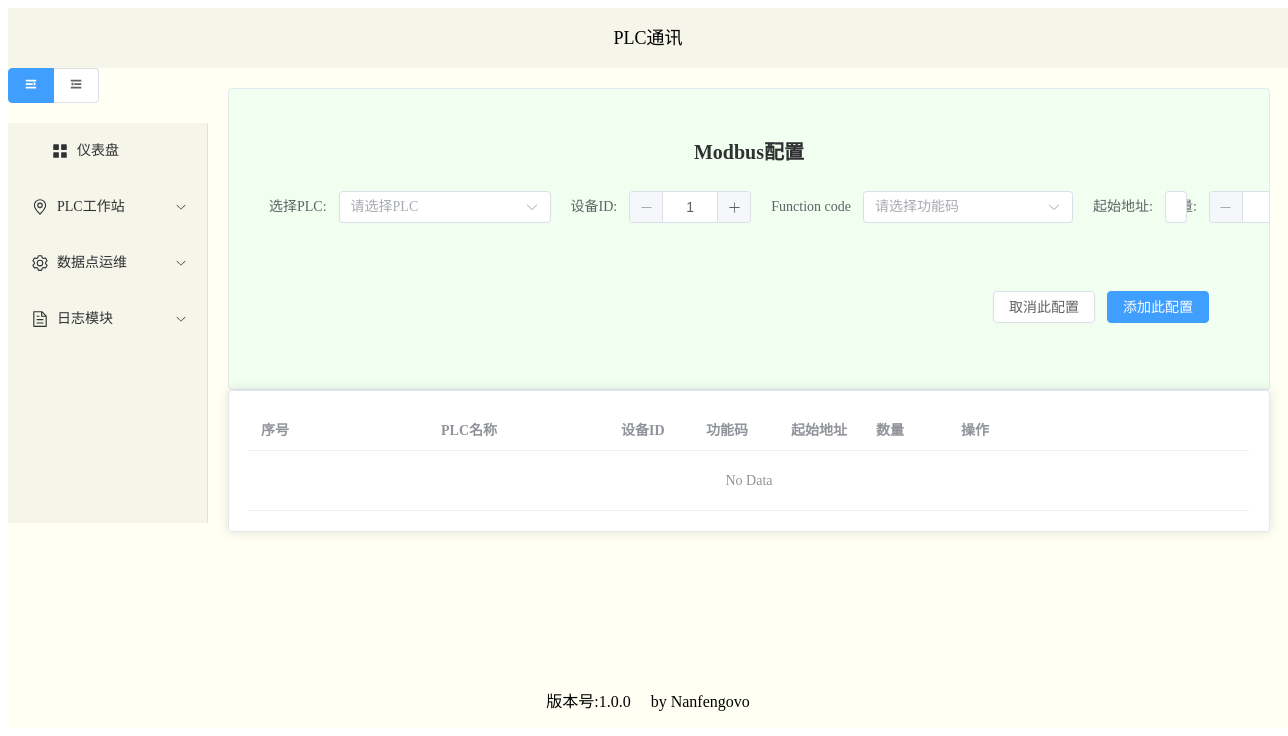
Repository: nanfengovo/HelperWorkStation
Page: /#/frameWork/DataPointOperations/Modbus (app in HelperWorkStation/plchelper-ui/)
An editor plug-in stored every save of this project. The page is shown before and after the next save, followed by the edit.
The browser window is 1280 px wide. The page is 1288 px wide, so the pictures cover 1288 px, including what lies to the right of the window. The pictures show the whole page.
The page's requests for data from a server got no answer. The project was rebuilt for these pictures with package versions that can differ from the ones it lists, and the page was loaded fresh each time. No one was signed in, and anything a server would have sent is missing. Also part of the build but not shown: HelperWorkStation/plchelper-ui/vite.config.ts, HelperWorkStation/plchelper-ui/src/views/Login/index.vue.

Above is the page before, as saved 2025-01-30 18:32:02.

### HelperWorkStation/plchelper-ui/index.html
<!DOCTYPE html>
<html lang="">
  <head>
    <meta charset="UTF-8">
    <link rel="icon" href="/icon-park-outline--cpu.png">
    <meta name="viewport" content="width=device-width, initial-scale=1.0">
    <title>PLCHelper Station</title>
  </head>
  <body>
    <div id="app"></div>
    <script type="module" src="/src/main.ts"></script>
  </body>
</html>

<style>
  #app{
    /* display: flex;
    justify-content: center;
    align-items: center; */
    height: 100vh;
    width: 100vw;
  }
</style>

### HelperWorkStation/plchelper-ui/src/main.ts
// import './assets/main.css'

import { createApp } from 'vue'
import ElementPlus from 'element-plus'
import 'element-plus/dist/index.css'
import { createPinia } from 'pinia'

import App from './App.vue'
import * as ElementPlusIconsVue from '@element-plus/icons-vue'
import router from './router'

const app = createApp(App)
app.use(router)
for (const [key, component] of Object.entries(ElementPlusIconsVue)) {
    app.component(key, component)
    }
app.use(ElementPlus)
app.use(createPinia())


app.mount('#app')

### HelperWorkStation/plchelper-ui/src/App.vue
<script setup lang="ts">
import {  RouterView } from 'vue-router'
import FrameWork from './views/FrameWork/index.vue'
import Login from './views/Login/index.vue'
</script>

<template>
  <div class="app">
    <RouterView />
  </div>

  <!-- <RouterView /> -->
</template>

<style scoped>
	html,body,#app{
      height: 100%;
      width: 100%;
	}
  .app{
    height: 100%;
    width: 100%;
  }
</style>

### HelperWorkStation/plchelper-ui/src/router/index.ts
import { createMemoryHistory, createRouter, createWebHashHistory, type RouteRecordRaw } from 'vue-router'
import frameWork from '../views/FrameWork/index.vue';
import Login from '../views/Login/index.vue';
import panel from '../views/FrameWork/layout/panel/index.vue';

// const routes: RouteRecordRaw[] = [];
const routes: Array<RouteRecordRaw> = [
    {
        path: '/',
        redirect: '/login'
    },
    {
        path: '/login',
        name: 'login',
        component: Login
    },
    {
        path: '/frameWork',
        name: '主页',
        component: frameWork,
        children: [
            {
                path: '/framework/panel',
                name: '仪表板',
                component: () => import('../views/FrameWork/layout/panel/index.vue'),
            },
            {
                path: '/frameWork/PLCWorkstation/Modbus',
                name: 'PLC工作站-Modbus',
                component: () => import('../views/FrameWork/layout/PLCWorkstation/Modbus/index.vue'),
            },
            {
                path: '/frameWork/PLCWorkstation/PLC',
                name: 'PLC工作站-PLC配置',
                component: () => import('../views/FrameWork/layout/PLCWorkstation/PLC/index.vue'),
            },
            {
                path: '/frameWork/PLCWorkstation/S7',
                name: 'PLC工作站-S7',
                component: () => import('../views/FrameWork/layout/PLCWorkstation/S7/index.vue'),
            },
            {
                path: '/frameWork/PLCWorkstation/OPC',
                name: 'PLC工作站-OPC',
                component: () => import('../views/FrameWork/layout/PLCWorkstation/OPC/index.vue'),
            },
            {
                path: '/frameWork/PLCWorkstation/FinsTCP',
                name: 'PLC工作站-FinsTCP',
                component: () => import('../views/FrameWork/layout/PLCWorkstation/FinsTCP/index.vue'),
            },
            {
                path: '/frameWork/DataPointOperations/Modbus',
                name: '数据点运维-Modbus',
                component: () => import('../views/FrameWork/layout/DataPointOperations/Modbus/index.vue'),
            },
            {
                path: '/frameWork/DataPointOperations/S7',
                name: '数据点运维-S7',
                component: () => import('../views/FrameWork/layout/DataPointOperations/S7/index.vue'),
            },
            {
                path: '/frameWork/DataPointOperations/Opc',
                name: '数据点运维-Opc',
                component: () => import('../views/FrameWork/layout/DataPointOperations/OPC/index.vue'),
            },
            {
                path: '/frameWork/DataPointOperations/FinsTCP',
                name: '数据点运维-FinsTCP',
                component: () => import('../views/FrameWork/layout/DataPointOperations/FinsTCP/index.vue'),
            },
            {
                path: '/frameWork/Log/Operation',
                name: '用户操作日志',
                component: () => import('../views/FrameWork/layout/Log/Operation/index.vue'),
            },
            {
                path: '/frameWork/Log/ReadWrite',
                name: '数据点读写日志',
                component: () => import('../views/FrameWork/layout/Log/ReadWrite/index.vue'),
            },

        ],


    },
];

const router = createRouter({
    history: createWebHashHistory(),
    routes,
});

export default router;

### HelperWorkStation/plchelper-ui/src/views/FrameWork/index.vue
<template>
    <div class="common-layout">
        <el-container>
            <div class="layout-header">
                <el-header>
                    PLC通讯
                </el-header>
            </div>
            <el-container>
                <el-aside width="200px" height="100vh" >
                    <el-radio-group v-model="isCollapse" style="margin-bottom: 20px">
                        <el-radio-button :value="false"><el-icon><Expand /></el-icon></el-radio-button>
                        <el-radio-button :value="true"><el-icon><Fold /></el-icon></el-radio-button>
                    </el-radio-group>
                    <el-menu
                        background-color="#f5f5e9"
                        default-active="1"
                        class="el-menu-vertical-demo"
                        :collapse="isCollapse"
                        @open="handleOpen"
                        @close="handleClose"
                        router
                    >
                        <el-menu-item index="/frameWork/panel">
                            <el-menu-item >
                                <el-icon><icon-menu /></el-icon>
                                <template #title>仪表盘</template>
                            </el-menu-item>
                        </el-menu-item>
                        <el-sub-menu index="2">
                        <template #title>
                            <el-icon><location /></el-icon>
                            <span>PLC工作站</span>
                        </template>
                        <el-menu-item-group >
                            <el-menu-item index="/frameWork/PLCWorkstation/PLC">PLC配置</el-menu-item>
                            <el-menu-item index="/frameWork/PLCWorkstation/Modbus">Modbus模块</el-menu-item>
                            <el-menu-item index="/frameWork/PLCWorkstation/S7">S7模块</el-menu-item>
                            <el-menu-item index="/frameWork/PLCWorkstation/OPC">OPC模块</el-menu-item>
                            <el-menu-item index="/frameWork/PLCWorkstation/FinsTCP">FinsTCP模块</el-menu-item>
                        </el-menu-item-group>
                        </el-sub-menu>
                        <el-sub-menu index="3">
                        <template #title>
                            <el-icon><Setting /></el-icon>
                            <span>数据点运维</span>
                        </template>
                        <el-menu-item-group >
                            <el-menu-item index="/frameWork/DataPointOperations/Modbus">Modbus数据点配置</el-menu-item>
                            <el-menu-item index="/frameWork/DataPointOperations/S7">S7数据点配置</el-menu-item>
                            <el-menu-item index="/frameWork/DataPointOperations/Opc">OPC数据点配置</el-menu-item>
                            <el-menu-item index="/frameWork/DataPointOperations/FinsTCP">FinsTCP数据点模块</el-menu-item>
                        </el-menu-item-group>
                        </el-sub-menu>
                        <el-sub-menu index="4">
                        <template #title>
                            <el-icon><Document /></el-icon>
                            <span>日志模块</span>
                        </template>
                        <el-menu-item-group >
                            <el-menu-item index="/frameWork/Log/Operation">操作日志</el-menu-item>
                            <el-menu-item index="/frameWork/Log/ReadWrite">读写日志</el-menu-item>
                        </el-menu-item-group>
                        </el-sub-menu>
                    </el-menu>
                </el-aside>
                    <el-container>
                        <el-main>
                            <!-- <div class="main-header"> -->
                            <!-- <div class="main-header-breadcrumb"> -->
                                <!-- 面包屑 -->
                                <!-- <el-breadcrumb :separator-icon="ArrowRight"
                                                style="cursor: pointer; margin: 10px 0; display:inline-block;margin-left: 10px; ">
                                                <el-breadcrumb-item  >面包屑导航</el-breadcrumb-item>
                                </el-breadcrumb>
                            </div> -->
                            <!-- <div class="main-header-tab">
                                <el-tab>
                                    <el-tabs
                                    v-model="tablist"
                                    type="card"
                                    editable
                                    class="demo-tabs"
                                    @tab-click="pushTo"
                                >
                                    <el-tab-pane
                                    v-for="item in tablist"
                                    :key="item.name"
                                    :label="item.name"
                                    :name="item.name"
                                    >
                                    {{ item.path }}
                                    </el-tab-pane>
                                </el-tabs>
                                </el-tab>
                            </div> -->
                        <!-- </div> -->
                            <RouterView/>
                        </el-main>
                    </el-container>
            </el-container>
                <el-footer class="fixed-footer" >
                    <span>版本号:{{SoftVersion}}</span>&nbsp;&nbsp;&nbsp;&nbsp;
                    <span>by {{ SoftAuthor }}</span>
                </el-footer>
        </el-container>
    </div>
</template>

<script lang="ts" setup>
import { ref } from 'vue'
import { useRouter } from 'vue-router';
import routes from '../../router/index';
import {
    Document,
    Menu as IconMenu,
    Location,
    Setting,
    ArrowRight,
} from '@element-plus/icons-vue'
import type { TabPaneName } from 'element-plus'



const SoftVersion = ref('1.0.0')
const SoftAuthor = ref('Nanfengovo')


import { useRoute } from 'vue-router'
import router from '../../router/index';
const route = useRoute()
const pathList = ref()

console.log('route', route)// 获取当前路由
console.log('route.matched', route.matched)// 获取当前路由匹配到的路由记录
console.log('route.matched[0].children', route.matched[0].children)// 获取当前路由匹配到的路由记录

const tablist = ref(route.matched[0].children)
const isCollapse = ref(false)

let tabIndex = 1;

// const pushTo = (tab: TabPaneName) => {
//     router.push(tab)
// }


</script>

<style>
.el-menu-vertical-demo:not(.el-menu--collapse) {
    width: 200px;
    min-height: 400px;
}
.layout-header {
    background-color: #f5f5e9;
    color: black;
    text-align: center;
    line-height: 60px;
    font-size: 18px;
}

.common-layout{
    display: flex;
    flex-direction: column;
    min-height: 100vh;
    background-color: #fffff3;
}
.fixed-footer {
    background-color: #fffff3; /* 根据需要设置背景颜色 */
    padding: 10px; /* 根据需要设置内边距 */
    text-align: center; /* 根据需要设置文本对齐方式 */
    margin-bottom: 20px;
    height: 30px;
    font-size: 16px;
}
.main-header{
    border: red 1px solid;
    width: 100%;
    height: 30px;
}
/* .main-header-breadcrumb{
    border: green 1px solid;
    margin: 10px;
    width: 100%;
    height: 30px;
} */
.main-header-tab
{
    border: blue 1px solid;
    width: 100%;
    height: 30px;
}
.demo-tabs {
    border: 1px solid orangered;
    width: 60px;
    height: 30px;
    border-radius: 4px;
}
.demo-tabs>.el-tab-pane {
    border-bottom: 1px solid #ebeef5;
}
</style>

### HelperWorkStation/plchelper-ui/src/views/FrameWork/layout/DataPointOperations/Modbus/index.vue
<template>
    <div class="modbus">
        <el-card class="modbus-card" shadow="hover">
            <div class="modbus-header">
                <div class="card-top-top">
                        <h4>Modbus配置</h4>
                </div>
                <el-form :model="modbusConfig" class="modbusConfig-form">
                    <div class="content">
                        <el-form-item label = "选择PLC:">
                            <el-select
                            v-model="selectedPLC"
                            placeholder="请选择PLC"
                            style="width: 240px"
                            :loading="isLoading"
                            >
                            <!-- 加载中显示提示 -->
                            <el-option v-if="isLoading" disabled label="加载中..." value="" />

                            <!-- 数据加载完成后的选项 -->
                            <el-option
                                v-for="item in PLCList"
                                :key="item.value"
                                :label="item.label"
                                :value="item.value"
                            />
                            </el-select>
                        </el-form-item>
                        <el-form-item label = "设备ID:">
                            <el-input-number v-model="salveId" :min="1"   />
                        </el-form-item>
                        <el-form-item label="Function code" class="function-code" >
                                <el-select
                                    v-model="functionCodes"
                                    style="width: 240px;"
                                    placeholder="请选择功能码"
                                    clearable
                                >
                                    <el-option label="01 Read Coils（0x）" value="01 Read Coils（0x）" />
                                    <el-option value="02 Read Discrete Inputs (1x)" />
                                    <el-option value="03 Read Holding Registers (4x)" />
                                    <el-option value="04 Read Input Registers (3x)" />
                                    <el-option value="05 Write Single Coil" />
                                    <el-option value="06 Write Single Register" />
                                    <el-option value="15 Write Multiple Coils" />
                                    <el-option value="16 WriteMultipleRegisters" />
                                </el-select>
                        </el-form-item>
                        <el-form-item label="起始地址:" >
                            <el-input v-model="address" placeholder="请输入地址" />
                        </el-form-item>
                        <el-form-item label = "数量:">
                            <el-input-number v-model="num" :min="1" :max="32"  />
                        </el-form-item>
                    </div>

                    <div class="btn-group">
                        <el-button @click="cancel">取消此配置</el-button>
                        <el-button type="primary">添加此配置</el-button>
                    </div>
                </el-form>
            </div>
        </el-card>


        <el-card style="width: 100%" shadow="always" >
            <el-table :data="ModbusData" stripe style="width: 100%" >
                <el-table-column prop="id" label="序号" width="180" />
                <el-table-column prop="name" label="PLC名称" width="180" />
                <el-table-column prop="salveId" label="设备ID" />
                <el-table-column prop="functionCodes" label="功能码" />
                <el-table-column prop="address" label="起始地址" />
                <el-table-column prop="quantity" label="数量" />
                <el-table-column label="操作" width="300">
                    <template #default="scope">
                        <el-button type="primary" @click="Edit(scope.$index, scope.row)">修改</el-button>
                        <el-button type="danger" plain @click="Delete(scope.$index, scope.row)">删除</el-button>
                    </template>
                </el-table-column>
            </el-table>
        </el-card>
    </div>
</template>
<script setup lang = "ts">
import axios from 'axios';
import { onMounted, reactive, ref } from 'vue';

// const modbusConfig = reactive({
//     functionCodes: '',
//     address: ''
// });


const num = ref(1);
const salveId = ref(1);
const functionCodes = ref('');
const address = ref('');
const quantity = ref('');
const selectedPLC = ref(''); // 用于存储用户选择的值
const PLCList = ref([]);       // 存储格式化后的选项
const isLoading = ref(true);   // 加载状态



const GetAllPLCConfig = async () => {
    try{
        const response = await axios.get("http://127.0.0.1:5264/api/ModbusConfig/GetPLCConfig");

    // 将字符串数组转换为 { label: string, value: string } 格式
    PLCList.value = response.data.map((item: any) => ({
      label: item,   // 显示名称
      value: item    // 绑定值（与 label 相同）
    }));

    isLoading.value = false;
    }

    catch (error) {
    console.error('获取PLC列表失败:', error);
    isLoading.value = false;
    }
    // console.log(response.data);
    // PLCList = response.data;
    // console.log(PLCList);
}
//加载下拉框数据
onMounted(() => {
    GetAllPLCConfig();
});

//取消配置
const cancel = () => {
    functionCodes.value = '';
    salveId.value = 1;
    address.value = '';
    quantity.value = '';
    selectedPLC.value = '';
    num.value = 1;
}
</script>

<style >
.content{
    display: flex;
    margin: 20px;
}
.modbusConfig-form .el-form-item{
    margin-right: 20px;
}
.btn-group{
    display: flex;
    justify-content: right;
    margin-right: 40px;
    margin-top: 50px;
}
.function-code>.el-select{
    width: 240px;
}
.modbus-card{
    width: 100%;
    height: 300px;
    background-color: #F0FFF0;
}
.card-top-top h4{
    font-size: 20px;
    font-weight: bold;
    text-align: center;
}
.content-plc{
    margin-left: 40px;
}
.demo-form-inline .el-select {
    --el-select-width: 220px;
}</style>

After the next save:
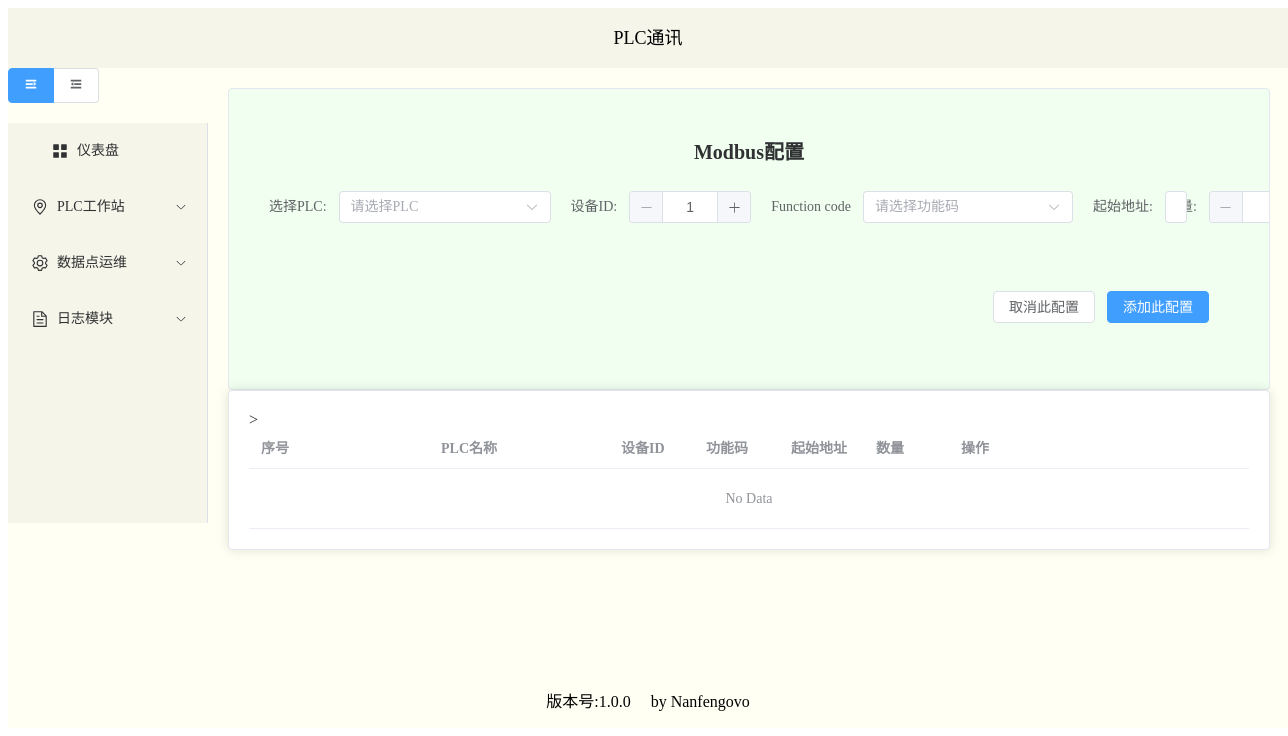
Saved 19 s later.
--- a/HelperWorkStation/plchelper-ui/src/views/FrameWork/layout/DataPointOperations/Modbus/index.vue
+++ b/HelperWorkStation/plchelper-ui/src/views/FrameWork/layout/DataPointOperations/Modbus/index.vue
@@ -63,7 +63,7 @@
         </el-card>
 
 
-        <el-card style="width: 100%" shadow="always" >
+        <el-card style="width: 100%" shadow="always" margin-top="20px"> >
             <el-table :data="ModbusData" stripe style="width: 100%" >
                 <el-table-column prop="id" label="序号" width="180" />
                 <el-table-column prop="name" label="PLC名称" width="180" />

After the save that followed:
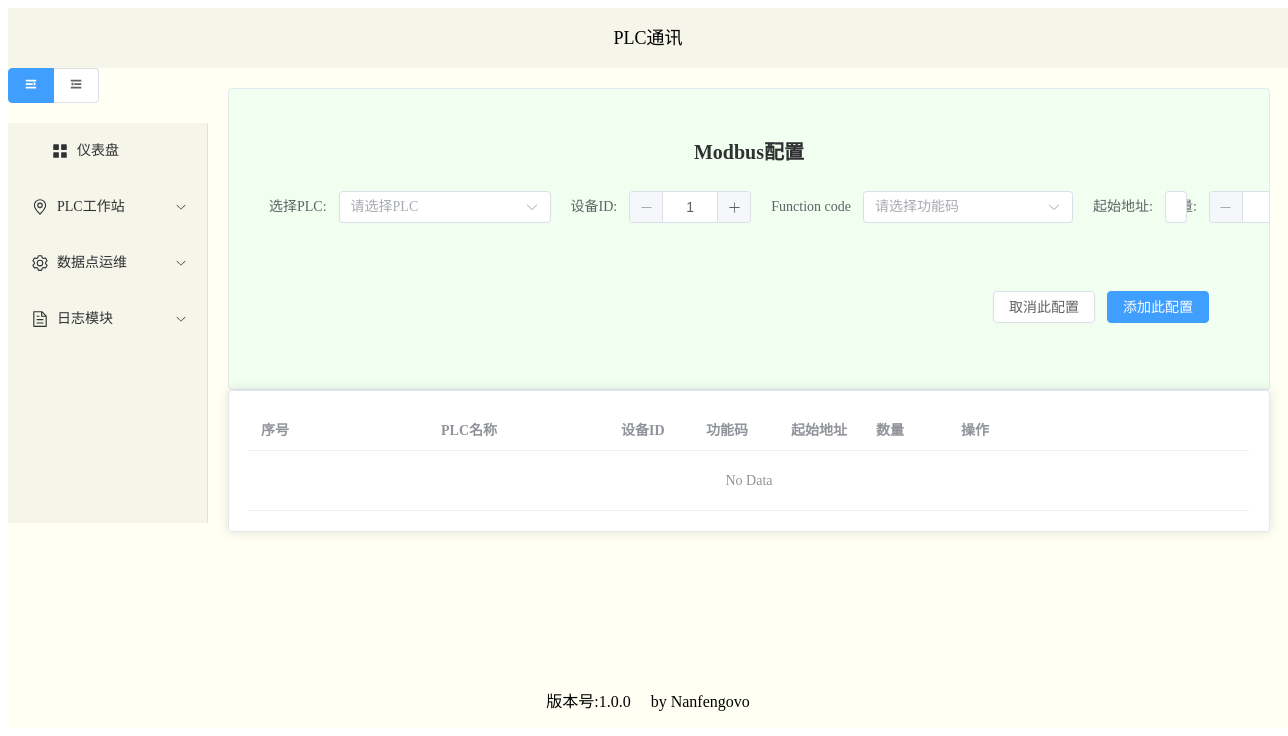
Saved 5 s later.
--- a/HelperWorkStation/plchelper-ui/src/views/FrameWork/layout/DataPointOperations/Modbus/index.vue
+++ b/HelperWorkStation/plchelper-ui/src/views/FrameWork/layout/DataPointOperations/Modbus/index.vue
@@ -63,7 +63,7 @@
         </el-card>
 
 
-        <el-card style="width: 100%" shadow="always" margin-top="20px"> >
+        <el-card style="width: 100%" shadow="always" margin-top="20px" >
             <el-table :data="ModbusData" stripe style="width: 100%" >
                 <el-table-column prop="id" label="序号" width="180" />
                 <el-table-column prop="name" label="PLC名称" width="180" />
